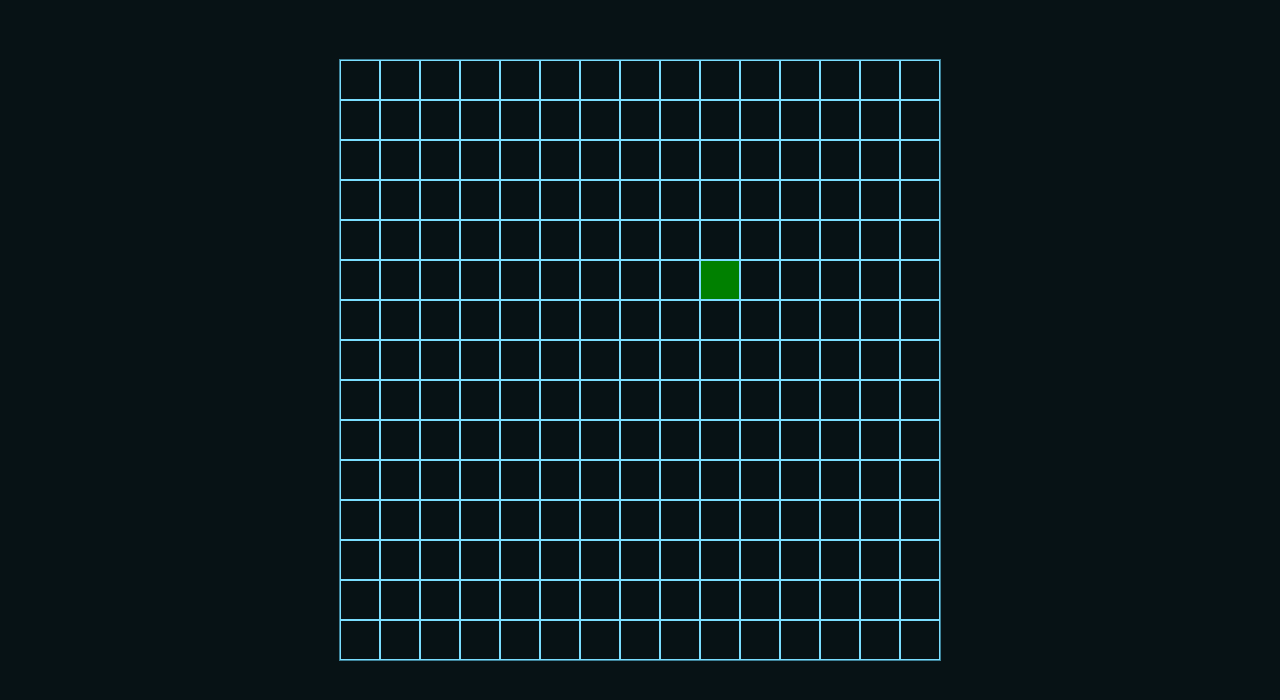
Repository: rehans-Life/linkedlist-snake-game
Page: /
These files come from the project's save history. The page is drawn as it stood at one moment and after the next save; the edit follows.
The browser window is 1280 px wide. The pictures show the whole page.
The project was rebuilt for these pictures with package versions that can differ from the ones it lists, and the page was loaded fresh each time. The framework's server and built-in components were replaced by stand-ins that run in the browser. Also part of the build but not shown: next.config.js.

Above is the page before, as saved 2023-04-15 13:25:30.

### pages/index.js
import Head from "next/head";
import styles from "../styles/Home.module.css";
import Board from "../components/Board";

export default function Home() {
  return (
    <div className={styles.container}>
      <Head>
        <title>Linked List Snake Game</title>
        <meta name="description" content="linked list snake game" />
        <link rel="icon" href="/favicon.ico" />
      </Head>
      <Board />
    </div>
  );
}

### styles/globals.css
html,
body {
  padding: 0;
  margin: 0;
  font-family: -apple-system, BlinkMacSystemFont, Segoe UI, Roboto, Oxygen,
    Ubuntu, Cantarell, Fira Sans, Droid Sans, Helvetica Neue, sans-serif;
}

a {
  color: inherit;
  text-decoration: none;
}

* {
  box-sizing: border-box;
}

button {
  margin: 0;
  padding: 0;
}

### styles/Home.module.css
.container {
  background-color: rgb(7, 18, 21);
  height: 100vh;
  display: flex;
  align-items: center;
  justify-content: center;
}

.board {
  border: 1px solid rgb(62, 131, 154);
}

.row {
  display: flex;
  align-items: center;
  justify-content: center;
}

.cell {
  width: 40px;
  height: 40px;
  border: 1px solid rgb(123, 222, 255);
}

.snake_cell {
  background-color: green;
}

.food_cell {
  background-color: crimson;
}

### components/Board.jsx
import React, { useEffect, useState } from "react";
import styles from "../styles/Home.module.css";
import { createBoard } from "../utils";

const BOARD_SIZE = 10;

// A Class to represent each node of the linked list
class Node {
  constructor(value) {
    this.value = value;
    this.next = null;
  }
}

// A class to represent the singly linked list
class SinglyLinkedList {
  constructor(value) {
    let node = new Node(value);
    this.head = node;
    this.tail = node;
  }
}

export default function Board() {
  const [board, setBoard] = useState(createBoard(15));

  // A set to store the values of all snake cells intially our snake will be of size
  // one cell and start from the 44th cells
  const [snakeCells, setSnakeCells] = useState(new Set([80]));

  // A linked list for our snake initally going to have only one node which
  // is at cell 44
  const [linkedlist, setLinkedList] = useState(new SinglyLinkedList(80));

  useEffect(() => {
    let gameStartInternal = setInterval(() => {
      setSnakeCells((currSnakeCells) => moveSnakeCells(currSnakeCells));
      setLinkedList((currLinkedList) => moveLinkedList(currLinkedList));
    }, 1000);
    return () => {
      clearInterval(gameStartInternal);
    };
  }, []);

  function moveLinkedList(linkedlist) {
    let currHead = linkedlist.head;
    let newHead = new Node(currHead.value + 1);
    currHead.next = newHead;
    linkedlist.head = newHead;
    linkedlist.tail = linkedlist.tail.next;
    setLinkedList(linkedlist);
  }

  function moveSnakeCells(snakeCells) {
    let movedSnake = [...snakeCells].map((value) => value + 1);
    return new Set(movedSnake);
  }

  return (
    <div className={styles.board}>
      {board.map((row, index) => (
        <div key={index} className={styles.row}>
          {row.map((value, index) => (
            <div
              key={index}
              className={`${styles.cell} ${
                snakeCells.has(value) ? styles.snake_cell : ""
              }`}
            ></div>
          ))}
        </div>
      ))}
    </div>
  );
}

### utils.js
const randomIntInIntervel = (max, min) => {
  return Math.floor(Math.random() * (max - min + 1)) + min;
};

export const createBoard = (board_size) => {
  // All the cells which have a certain value assigned to them
  let board = [];
  let counter = 1;
  for (let i = 0; i < board_size; i++) {
    let row = [];
    for (let j = 0; j < board_size; j++) row.push(counter++);
    board.push(row);
  }
  return board;
};

Loaded but not shown: pages/_app.js (common file)

After the next save:
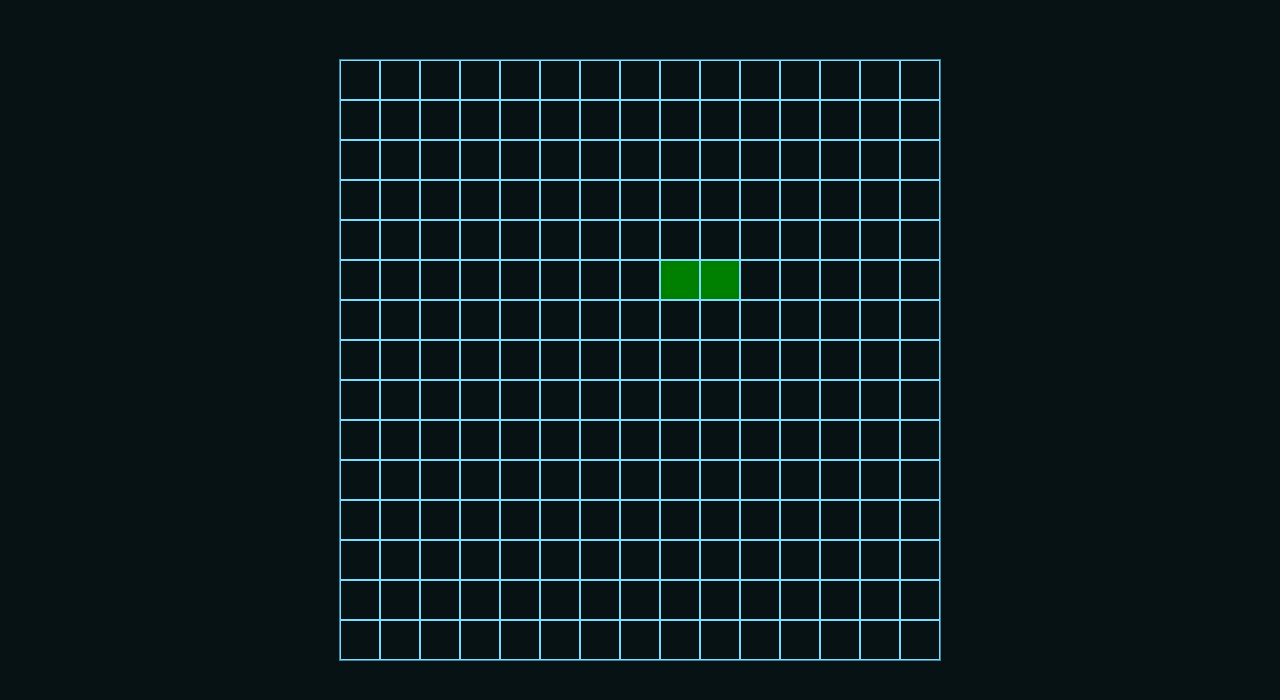
Saved 25 s later.
--- a/components/Board.jsx
+++ b/components/Board.jsx
@@ -26,7 +26,7 @@
 
   // A set to store the values of all snake cells intially our snake will be of size
   // one cell and start from the 44th cells
-  const [snakeCells, setSnakeCells] = useState(new Set([80]));
+  const [snakeCells, setSnakeCells] = useState(new Set([80, 79]));
 
   // A linked list for our snake initally going to have only one node which
   // is at cell 44

After the save that followed:
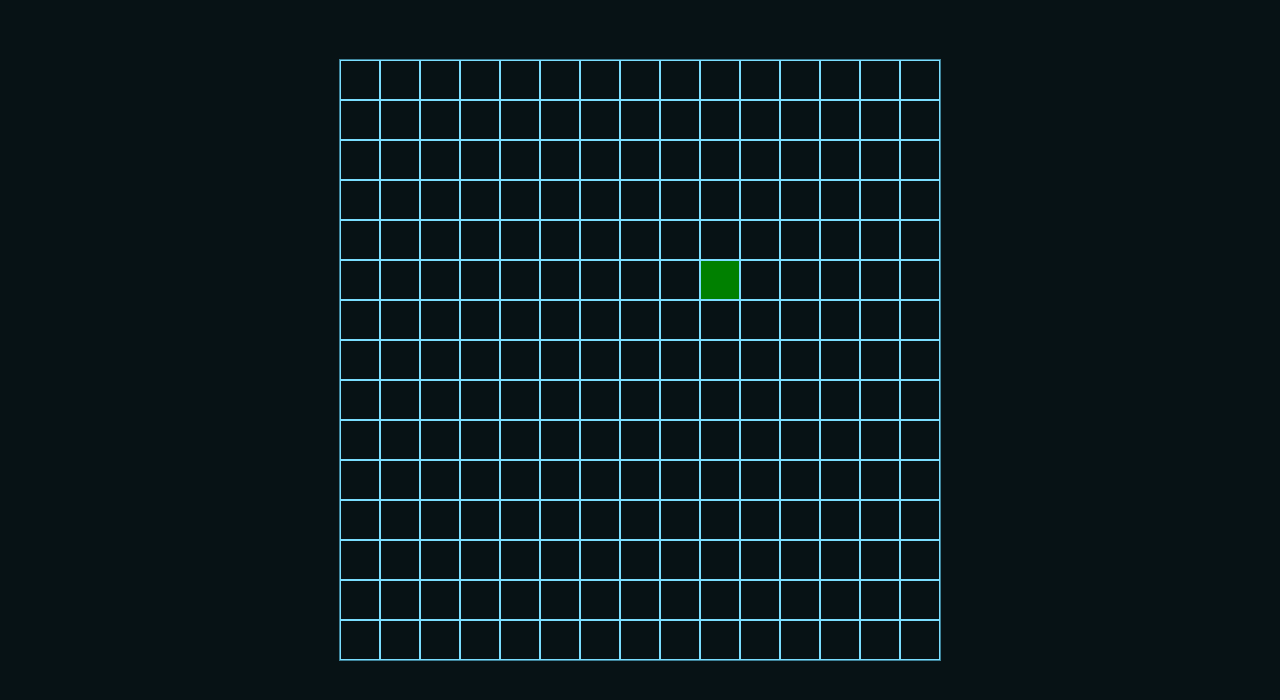
Saved 8 s later.
--- a/components/Board.jsx
+++ b/components/Board.jsx
@@ -26,7 +26,7 @@
 
   // A set to store the values of all snake cells intially our snake will be of size
   // one cell and start from the 44th cells
-  const [snakeCells, setSnakeCells] = useState(new Set([80, 79]));
+  const [snakeCells, setSnakeCells] = useState(new Set([80]));
 
   // A linked list for our snake initally going to have only one node which
   // is at cell 44
